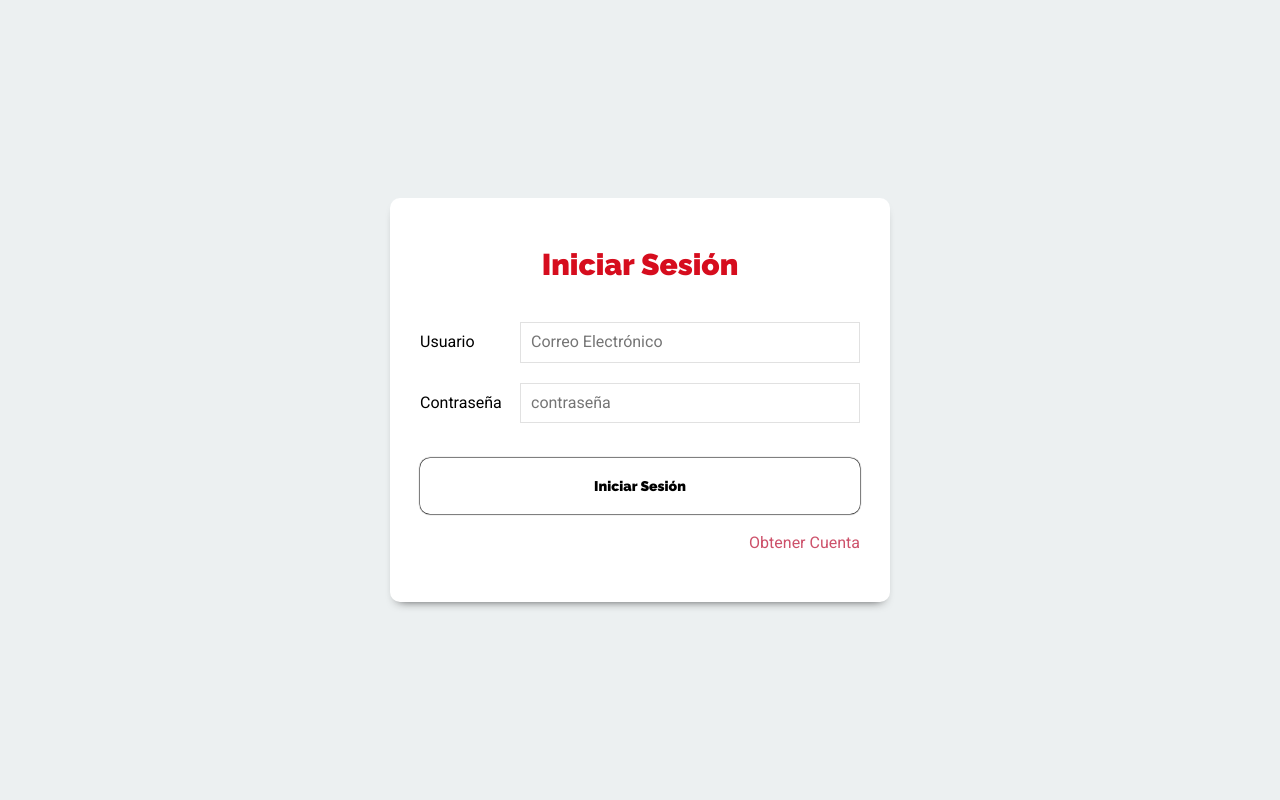
Repository: andrescovarrubias/admin-proyectos
Page: / (app in cliente/)
These files come from the project's save history. The page is drawn as it stood at one moment and after the next save; the edit follows.
The browser window is 1280 px wide. The pictures show the whole page.
The project was rebuilt for these pictures with package versions that can differ from the ones it lists, and the page was loaded fresh each time. Also part of the build but not shown: cliente/src/components/auth/NuevaCuenta.jsx, cliente/src/components/proyectos/NuevoProyecto.jsx, cliente/src/components/layout/SideBar.jsx, cliente/src/components/proyectos/Proyectos.jsx.

Above is the page before, as saved 2020-10-31 17:43:52.

### cliente/src/index.css
:root {
  --blanco: #ffffff;
  --blanco2: #fcf7ff;
  --blanco3: #ecf0f1;
  --azul1: #258ea6;
  --morado1: #4d376d;
  --morado2: #861657;
  --azul2: #1b065e;
  --azul3: #2e4052;
  --rojo: #d60d1e;
  --rojo2: #b8082c;
  --rojo3: #b91a2f;
  --headingFont: "Raleway", sans-serif;
  --textFont: "Roboto", sans-serif;
}
*,
*:before,
*:after {
  box-sizing: inherit;
}
html {
  box-sizing: border-box;
  height: 100%;
  font-size: 62.5%;
}
body {
  min-height: 100%;
  background-color: #ecf0f1;
  font-size: 16px;
  font-size: 1.6rem;
  font-family: var(--textFont);
}

h1,
h2 {
  font-family: var(--headingFont);
  font-weight: 900;
  margin: 0 0 4rem 0;
  text-align: center;
  color: var(--rojo);
}
h1 span {
  font-weight: 400;
}
h1 {
  font-size: 3rem;
}
h2 {
  font-size: 2.4rem;
}
ul {
  list-style: none;
  padding: 0;
  margin: 0;
}
a {
  text-decoration: none;
  color: var(--gris2);
}

/** BOTONES **/
.btn {
  margin-top: 2vh;
  font-family: var(--headingFont);
  padding: 20px;
  font-size: 14px;
  font-weight: bold;
  border-radius: 10px;
  border: none;
  box-shadow: 0 0 1px 0.5px black;
  transition: background-color 0.3s ease;
}
.btn:hover {
  cursor: pointer;
}
.btn-primario {
  background-color: var(--blanco);
  color: black;
}
.btn-primario:hover {
  background: rgb(46, 46, 46);
  color: var(--blanco);
}
.btn-secundario {
  background-color: var(--rojo2);
}
.btn-block {
  display: block;
  width: 100%;
}
.btn-submit:hover {
  background-color: #b91a2f;
}
.btn-blank {
  margin: 0;
  padding: 0;
  display: block;
  background-color: transparent;
}

@media (min-width: 768px) {
  .contenedor-app {
    display: flex;
    min-height: 100vh;
  }

  aside {
    background-color: var(--blanco);
    flex: 0 0 300px;
  }
  .seccion-principal {
    flex: 1;
  }
}

/* BARRA LATERAL */
aside {
  padding: 3rem;
}

.formulario-nuevo-proyecto {
  margin-top: 6rem;
}
.formulario-nuevo-proyecto .input-text {
  border-bottom: 1px solid var(--gris2);
  border-radius: 0;
  background-color: var(--gris1);
}
.formulario-nuevo-proyecto .input-text::placeholder {
  color: var(--gris2);
}
.proyectos {
  margin-top: 5vh;
}
.listado-proyectos li {
  margin-bottom: 2rem;
}
.listado-proyectos li a {
  font-size: 1.4rem;
  color: var(--gris2);
  line-height: 1.5;
  font-weight: 300;
}
.app-header {
  display: flex;
  justify-content: space-between;
  background-color: var(--gris2);
  padding: 4rem;
}
.nombre-usuario {
  color: var(--blanco);
  font-size: 2.2rem;
  margin: 0;
}
.nombre-usuario span {
  font-weight: 900;
}
.nav-principal a {
  color: var(--blanco);
  text-decoration: none;
}
.nav-principal a:first-of-type {
  margin-right: 2rem;
}

/** Formulario crear y editar tareas **/
.formulario {
  background-color: var(--gris3);
  padding: 4rem;
}
.formulario form {
  max-width: 600px;
  margin: 0 auto;
}
.contenedor-input {
  display: flex;
}
.contenedor-input label {
  margin-bottom: 1rem;
  color: var(--blanco);
}
.input-text {
  padding: 1rem;
  border: none;
  border-radius: 0.5rem;
  flex: 1;
  width: 100%;
}

/** TAREAS LISTADO **/
.contenedor-tareas {
  padding: 4rem;
}

.listado-tareas {
  max-width: 600px;
  margin: 0 auto;
}

.tarea {
  display: flex;
  justify-content: space-between;
  background-color: var(--blanco);
  padding: 0.5rem 2rem;
  align-items: center;
  margin-bottom: 1rem;
  border-radius: 0.5rem;
}
.sombra {
  -webkit-box-shadow: 0px 4px 10px -3px rgba(117, 117, 117, 1);
  -moz-box-shadow: 0px 4px 10px -3px rgba(117, 117, 117, 1);
  box-shadow: 0px 4px 10px -3px rgba(117, 117, 117, 1);
}
.sombra-dark {
  -webkit-box-shadow: 0px 6px 11px -8px rgba(0, 0, 0, 0.9);
  -moz-box-shadow: 0px 6px 11px -8px rgba(0, 0, 0, 0.9);
  box-shadow: 0px 6px 11px -8px rgba(0, 0, 0, 0.9);
}
.tarea .acciones .btn:first-of-type {
  margin-right: 1rem;
}
.tarea p {
  font-size: 1.6rem;
  flex: 1;
  padding-right: 2rem;
}
.tarea .btn {
  padding: 0.8rem;
  font-size: 1.4rem;
  border-radius: 0;
  margin: 0;
}

.estado {
  margin-right: 1rem;
}
.estado button,
.mensaje {
  font-weight: 900;
  font-family: var(--textFont);
  font-size: 1rem;
  padding: 0.5rem;
  border-radius: 0.5rem;
  cursor: pointer;
  border: none;
}
.mensaje {
  text-align: center;
  font-size: 1.6rem;
  border-radius: 0;
}
.mensaje:hover {
  cursor: default;
}
.completo,
.correcto {
  background-color: rgba(154, 252, 154, 0.3);
  color: var(--gris3);
}
.incompleto {
  background-color: rgba(255, 178, 178, 0.4);
  color: var(--gris3);
}
.error {
  max-width: 600px;
  margin: 2rem auto 0 auto;
  background-color: rgb(170, 0, 0);
  color: var(--blanco);
}

.tarea-enter,
.proyecto-enter {
  opacity: 0;
}
.tarea-enter-active,
.proyecto-enter-active {
  opacity: 1;
  transition: opacity 200ms;
}
.tarea-exit,
.proyecto-exit {
  opacity: 1;
}
.tarea-exit-active,
.proyecto-exit-active {
  opacity: 0;
  transition: opacity 200ms;
}

.form-usuario {
  height: 100vh;
  min-height: 800px;
  display: flex;
  align-items: center;
  justify-content: center;
}

.contenedor-form {
  padding: 5rem 3rem;
  max-width: 500px;
  width: 95%;
  background-color: var(--blanco);
  border-radius: 1rem;
}
.contenedor-form h1 {
  color: var(--rojo);
}

.campo-form {
  display: flex;
  margin-bottom: 2rem;
  align-items: center;
}
.campo-form:last-of-type {
  margin: 0;
}
.campo-form label {
  flex: 0 0 100px;
  font-family: var(--textFont);
}
.campo-form input[type="password"],
.campo-form input[type="email"],
.campo-form input[type="text"] {
  border: 1px solid #e1e1e1;
  padding: 1rem;
  flex: 1;
}

.enlace-cuenta {
  margin-top: 2rem;
  display: block;
  opacity: 0.7;
  float: right;
  color: var(--rojo2);
}
.enlace-cuenta:hover {
  text-decoration: underline var(--rojo);
}

.alerta {
  position: fixed;
  top: 0;
  left: 0;
  padding: 1rem 3rem;
  border-radius: 1rem;
  font-family: var(--headingFont);
  font-weight: 600;
  text-transform: uppercase;
  font-size: 2.2rem;
  text-align: center;
  width: 100%;
}
@media (min-width: 768px) {
  .alerta {
    width: auto;
    top: 30px;
    right: 10px;
    left: auto;
  }
}

.alerta-ok {
  background-color: rgb(109, 211, 109);
  color: rgb(2, 103, 2);
}
.alerta-error {
  background-color: rgb(230, 78, 78);
  color: var(--blanco);
}

### cliente/src/App.js
import React, {Fragment, useState, useEffect, useContext} from 'react';
import Login from './components/auth/Login';
import NuevaCuenta from './components/auth/NuevaCuenta';
import Proyectos from './components/proyectos/Proyectos';

import {BrowserRouter as Router, Switch, Route} from 'react-router-dom';


function App() {
  return (
    <Router>
      <Switch>
        <Route exact path='/' component = {Login} />
        <Route exact path='/nueva-cuenta' component = {NuevaCuenta} />
        <Route exact path='/proyectos' component = {Proyectos} />
      </Switch>
    </Router>
  );
}

export default App;

### cliente/src/components/auth/Login.jsx
import React, { useState } from 'react';
import {Link} from 'react-router-dom';


const Login = () => {

     // state para iniciar sesion
     const [usuario, guardarUsuario] = useState ({
          email:'',
          password:''
     });

     // extraer el usuario
     const {email, password} = usuario;

     const onChange = e => {
          guardarUsuario({
               ...usuario,
               [e.target.name] : e.target.value
          })
     }


     // cuando el usuario quiere iniciar sesion
     const onSubmit = e => {
          e.preventDefault();

          // validar que no haya campos vacios

          // contraseña minimo de 6 caracteres

          // contraseña iguales

          // pasarlo al action

     }

     return (
          <div className="form-usuario">
               <div className="contenedor-form sombra-dark">
                    <h1>Iniciar Sesión</h1>
                    <form
                         onSubmit = {onSubmit}
                    >
                         <div className="campo-form">
                              <label htmlFor="email">Usuario</label>
                              <input
                                   type="email"
                                   id="email"
                                   name="email"
                                   placeholder="Correo Electrónico"
                                   autocomplete="off"
                                   required
                                   value={email}
                                   onChange={onChange}
                              />
                         </div>
                         <div className="campo-form">
                              <label htmlFor="password">Contraseña</label>
                              <input
                                   type="password"
                                   id="password"
                                   name="password"
                                   placeholder="contraseña"
                                   autocomplete="off"
                                   value={password}
                                   required
                                   onChange={onChange}
                              />
                         </div>

                         <div className="campo-form">
                              <input type="submit" className=" btn btn-primario btn-block" value="Iniciar Sesión"/>
                         </div>
                    </form>
                    <Link to={'/nueva-cuenta'} className="enlace-cuenta">
                         Obtener Cuenta
                    </Link>
               </div>
          </div>
      );
}

export default Login;

Loaded but not shown: cliente/public/index.html (common file); cliente/src/index.js (common file); cliente/src/reportWebVitals.js (common file)

After the next save:
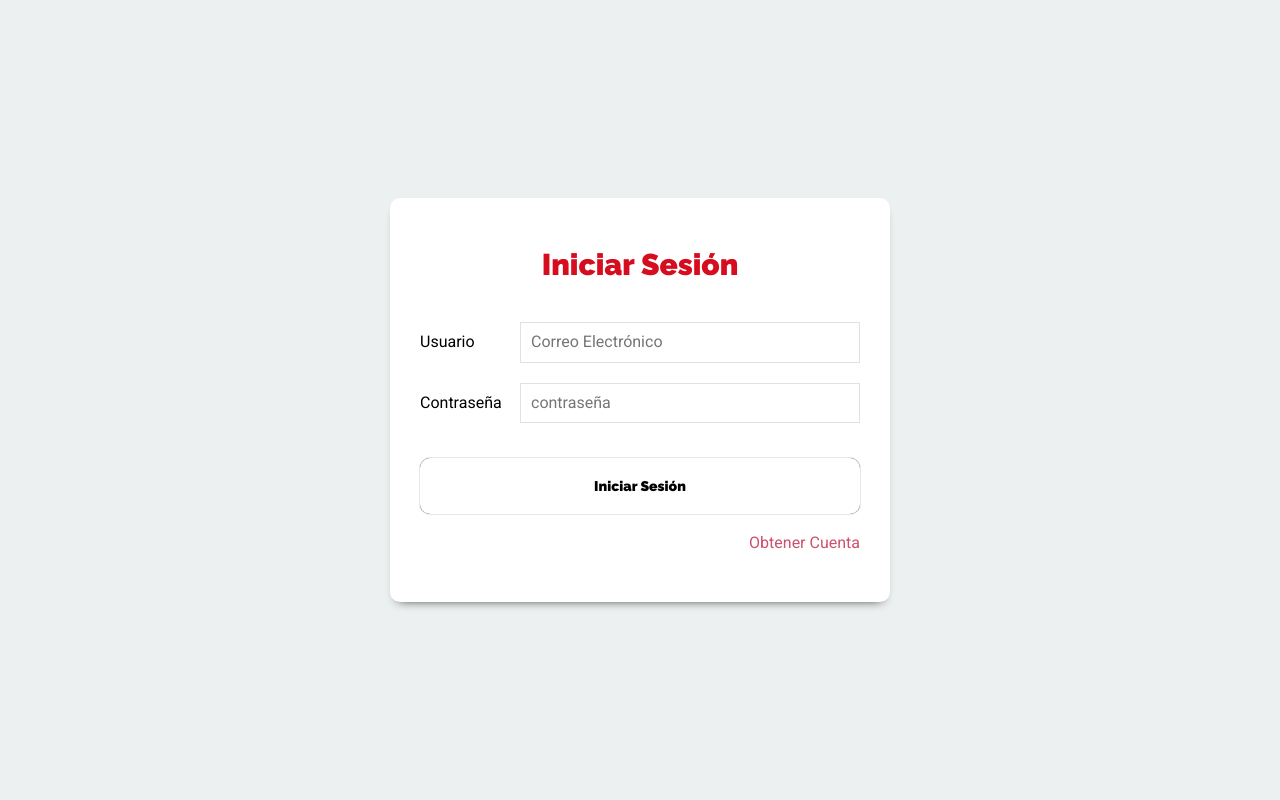
Saved 6 s later.
--- a/cliente/src/index.css
+++ b/cliente/src/index.css
@@ -67,7 +67,7 @@ a {
   font-weight: bold;
   border-radius: 10px;
   border: none;
-  box-shadow: 0 0 1px 0.5px black;
+  box-shadow: 0 0 1px 0px black;
   transition: background-color 0.3s ease;
 }
 .btn:hover {
